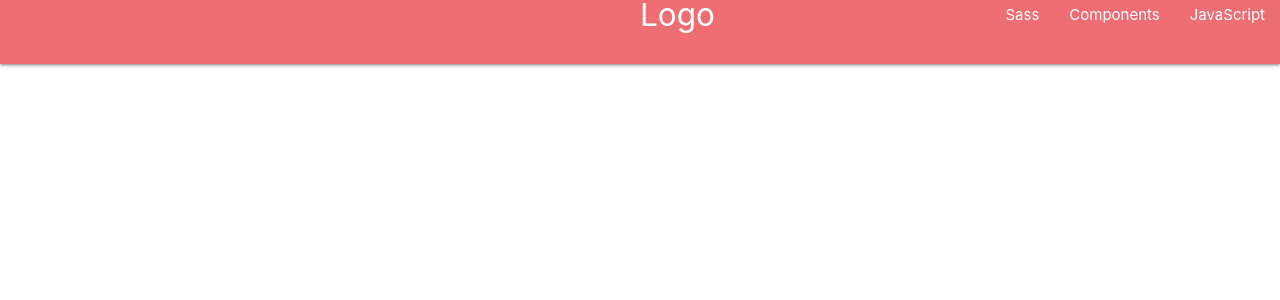
Repository: Ajtheult/Whatsapp_recreation
Page: /voice-call
The author's editor kept a copy of each file at every save. The page is drawn from the files as they stood at one save, then again after the next save.
The browser window is 1280 px wide. The pictures show the whole page.
The project was rebuilt for these pictures with package versions that can differ from the ones it lists, and the page was loaded fresh each time. Also part of the build but not shown: src/components/layout/navbar/Navbar.js, src/components/layout/pages/ChatMenu.js, src/components/layout/pages/StatusMenu.js, src/components/layout/pages/CallMenu.js, src/components/layout/navbar/ContactNav.js, src/components/layout/pages/ContactMenu.js, src/components/layout/pages/preapp/LandingPage.js.

Above is the page before, as saved 2020-08-03 22:41:14.

### public/index.html
<!DOCTYPE html>
<html lang="en">
  <head>
    <meta charset="utf-8" />
    <link rel="icon" href="%PUBLIC_URL%/favicon.ico" />
    <meta name="viewport" content="width=device-width, initial-scale=1" />
    <meta name="theme-color" content="#000000" />
    <meta
      name="description"
      content="Web site created using create-react-app"
    />
    <link
      rel="stylesheet"
      href="https://use.fontawesome.com/releases/v5.7.2/css/all.css"
      integrity="sha384-fnmOCqbTlWIlj8LyTjo7mOUStjsKC4pOpQbqyi7RrhN7udi9RwhKkMHpvLbHG9Sr"
      crossorigin="anonymous"
    />
    <link
      href="https://fonts.googleapis.com/icon?family=Material+Icons"
      rel="stylesheet"
    />
    <script src="https://cdnjs.cloudflare.com/ajax/libs/materialize/1.0.0/js/materialize.min.js"></script>

    <link rel="manifest" href="%PUBLIC_URL%/manifest.json" />

    <title>Whatsapp App</title>
  </head>
  <body>
    <noscript>You need to enable JavaScript to run this app.</noscript>
    <div id="root"></div>
  </body>
</html>

### src/index.js
import React from "react";
import ReactDOM from "react-dom";
import "materialize-css/dist/css/materialize.min.css";
import App from "./App";

ReactDOM.render(
  <React.StrictMode>
    <App />
  </React.StrictMode>,
  document.getElementById("root")
);

### src/App.js
import React from "react";
import ChatMenu from "./components/layout/pages/ChatMenu";
import StatusMenu from "./components/layout/pages/StatusMenu";
import CallMenu from "./components/layout/pages/CallMenu";
import ContactMenu from "./components/layout/pages/ContactMenu";
import LandingPage from "./components/layout/pages/preapp/LandingPage";
import VoiceCall from "./components/layout/pages/callpages/VoiceCall";
import { BrowserRouter as Router, Switch, Route } from "react-router-dom";
import "./App.css";

function App() {
  return (
    <Router>
      <div className="App">
        <Switch>
          <Route exact path="/" component={LandingPage} />
          <Route path="/chat" component={ChatMenu} />
          <Route path="/contact" component={ContactMenu} />
          <Route path="/status" component={StatusMenu} />
          <Route path="/calls" component={CallMenu} />
          <Route path="/voice-call" component={VoiceCall} />
        </Switch>
      </div>
    </Router>
  );
}

export default App;

### src/components/layout/pages/callpages/VoiceCall.js
import React, { Component } from "react";
import PhoneCallNav from "../../navbar/PhoneCallNav";

export class VoiceCall extends Component {
  render() {
    return (
      <div>
        <PhoneCallNav />
      </div>
    );
  }
}

export default VoiceCall;

### src/App.css
.App {
  text-align: center;
}

.move_logo_of_whatsapp {
  margin-left: 20px;
  pointer-events: none;
  margin-top: 10px;
  font-size: 40px;
}

.move_camera_icon {
  margin-top: 9px;
  margin-left: 10px;
}

.move_top_nav_icons_down {
  margin-top: 20px;
  pointer-events: none;
}

.width_of_dropdown {
  width: 300px;
}

.disabled_btn_bottom {
  pointer-events: none;
}

.move_message_icon_in_chat_menu {
  margin-left: -30px;
  margin-top: 50px;
  /* I will have to adjust the top after inserting the grid on top */
}

.move_message_icon_in_status_menu_small {
  margin-right: 30px;
  margin-top: -55px;
  color: blue;
  pointer-events: none;
  opacity: 0.5;
  /* I will have to adjust the top after inserting the grid on top */
}
.move_message_icon_in_status_menu_big {
  margin-top: -15px;
  margin-right: 15px;
  pointer-events: none;
  opacity: 0.5;
  /* I will have to adjust the top after inserting the grid on top */
}

.move_contact_icon_abit_up {
  margin-right: 15px;
  margin-top: -55px;
}

.make_archive_bold {
  font-weight: bold;
  pointer-events: none;
}

.profile_pictures {
  width: 60px;
  height: 60px;
  border-radius: 50%;
  margin-top: 5px;
}

.decrease_height {
  margin-top: -20px;
  width: 75.5%;
  margin-left: 80px;
}

.increase_height_status {
  margin-top: 1.5px;
  height: 20px;
  width: 100%;
}

.my_profile_picture_status {
  width: 60px;
  height: 60px;
  border-radius: 50%;
  padding: 1px;
  border: 4px solid rgb(68, 214, 68);
  margin-top: 5px;
}

.profile_picture_status {
  width: 60px;
  height: 60px;
  border-radius: 50%;
  padding: 1px;
  border: 4px dashed rgb(68, 214, 68);
  margin-top: 5px;
}

.viewed_status {
  width: 60px;
  height: 60px;
  border-radius: 50%;
  padding: 1px;
  border: 4px solid grey;
  margin-top: 5px;
}

.move_recent_updates {
  text-align: left;
  margin-top: -1px;
  margin-left: 10px;
}
.chat_menu_text {
  text-align: left;
}

.contact_menu_messages {
  font-size: 14px;
  margin-top: 0px;
  color: gray;
}

.contact_name_cm {
  font-weight: bold;
  font-size: 14px;
}

.cm_time {
  margin-top: 13px;
  font-weight: bold;
  font-size: 10px;
  color: gray;
}

img.bg {
  /* Set rules to fill background */
  min-height: 100%;
  min-width: 1024px;

  /* Set up proportionate scaling */
  width: 100%;
  height: auto;

  /* Set up positioning */
  position: fixed;
  top: 0;
  left: 0;
  z-index: -1;
}

div.admin-bg {
  /* Set rules to fill background */
  min-height: 100%;
  min-width: 1024px;

  /* Set up proportionate scaling */
  width: 100%;
  height: auto;

  /* Set up positioning */
  position: fixed;
  top: 0;
  left: 0;
  z-index: -1;
  background-color: black;
}

@media screen and (max-width: 1024px) {
  /* Specific to this particular image */
  img.bg {
    left: 50%;
    margin-left: -512px; /* 50% */
  }

  div.admin-bg {
    left: 50%;
    margin-left: -512px; /* 50% */
  }
}

.move_this_modal {
  margin-right: 30px;
  margin-top: 400px;
}

.move_ellipsis {
  color: teal;
  margin-top: 20px;
  margin-left: 20px;
  font-size: 25px;
}

.move_contact_icon_abit_up_call {
  margin-right: 15px;
  margin-top: 115px;
  opacity: 0.5;
  pointer-events: none;
}

.icons_call_menu {
  color: teal;
  margin-top: 25px;
  margin-left: 20px;
  font-size: 15px;
}

a {
  color: teal;
  -webkit-tap-highlight-color: white;
}

.bottom_icons {
  pointer-events: none;
}

nav {
  line-height: 30px;
}

.contact_number {
  text-align: left;
  margin-top: 10px;
  line-height: 10px;
}

.move_arrow {
  margin-top: 18px;
  font-size: 25px;
  color: white;
}

.color_of_contactnav {
  color: white;
}

.contact_number {
  font-size: 20px;
  margin-top: 15px;
}

.contact_number_bottom {
  font-size: 14px;
}

.move_icons {
  margin-top: 20px;
  font-size: 22px;
}

.row {
  margin-bottom: -0px;
}

.move_group_contact {
  margin-top: 10px;
  margin-bottom: 5px;
}

.contact_menu_icons {
  margin-bottom: 5px;
  pointer-events: none;
  opacity: 0.6;
}

### src/components/layout/navbar/PhoneCallNav.js
import React, { Component } from "react";

export class PhoneCallNav extends Component {
  render() {
    return (
      <div>
        <nav>
          <a href="#home" class="brand-logo">
            Logo
          </a>
          <ul id="nav-mobile" class="right hide-on-med-and-down">
            <li>
              <a href="sass.html">Sass</a>
            </li>
            <li>
              <a href="badges.html">Components</a>
            </li>
            <li>
              <a href="collapsible.html">JavaScript</a>
            </li>
          </ul>
        </nav>
      </div>
    );
  }
}

export default PhoneCallNav;

After the next save:
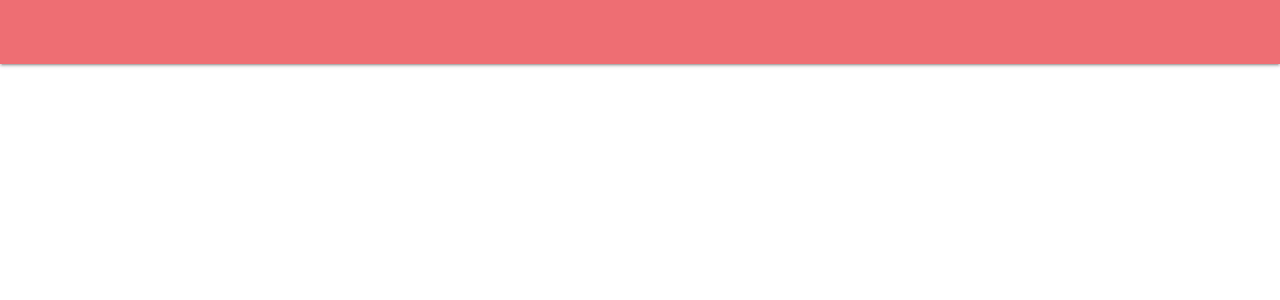
Saved 37 s later.
--- a/src/components/layout/navbar/PhoneCallNav.js
+++ b/src/components/layout/navbar/PhoneCallNav.js
@@ -4,22 +4,7 @@
   render() {
     return (
       <div>
-        <nav>
-          <a href="#home" class="brand-logo">
-            Logo
-          </a>
-          <ul id="nav-mobile" class="right hide-on-med-and-down">
-            <li>
-              <a href="sass.html">Sass</a>
-            </li>
-            <li>
-              <a href="badges.html">Components</a>
-            </li>
-            <li>
-              <a href="collapsible.html">JavaScript</a>
-            </li>
-          </ul>
-        </nav>
+        <nav></nav>
       </div>
     );
   }
